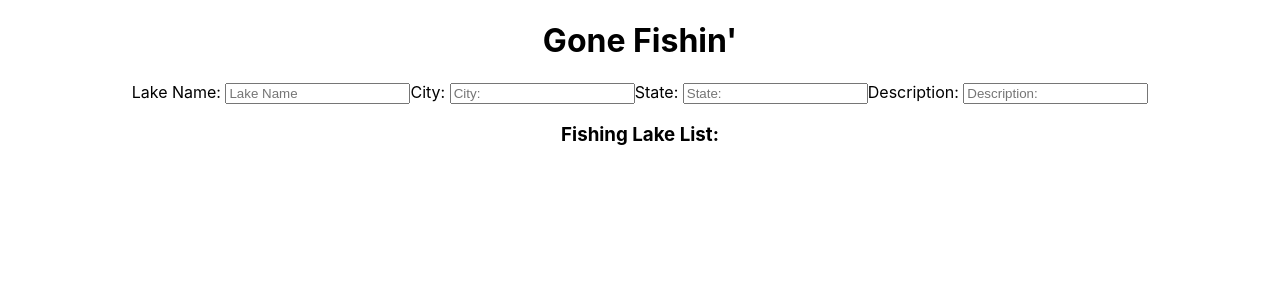
Repository: randysteele/gonefishin-frontend
Page: / (app in gone-fishin-frontend/)
These files come from the project's save history. The page is drawn as it stood at one moment and after the next save; the edit follows.
The browser window is 1280 px wide. The pictures show the whole page.
The page's requests for data from a server got no answer. The project was rebuilt for these pictures with package versions that can differ from the ones it lists, and the page was loaded fresh each time. No one was signed in, and anything a server would have sent is missing.

Above is the page before, as saved 2020-08-03 14:43:40.

### gone-fishin-frontend/public/index.html
<!DOCTYPE html>
<html lang="en">
  <head>
    <meta charset="utf-8" />
    <link rel="icon" href="%PUBLIC_URL%/favicon.ico" />
    <meta name="viewport" content="width=device-width, initial-scale=1" />
    <meta name="theme-color" content="#000000" />
    <meta
      name="description"
      content="Web site created using create-react-app"
    />
    <link rel="apple-touch-icon" href="%PUBLIC_URL%/logo192.png" />
    <!--
      manifest.json provides metadata used when your web app is installed on a
      user's mobile device or desktop. See https://developers.google.com/web/fundamentals/web-app-manifest/
    -->
    <link rel="manifest" href="%PUBLIC_URL%/manifest.json" />
    <!--
      Notice the use of %PUBLIC_URL% in the tags above.
      It will be replaced with the URL of the `public` folder during the build.
      Only files inside the `public` folder can be referenced from the HTML.

      Unlike "/favicon.ico" or "favicon.ico", "%PUBLIC_URL%/favicon.ico" will
      work correctly both with client-side routing and a non-root public URL.
      Learn how to configure a non-root public URL by running `npm run build`.
    -->
    <title>Gone Fishin</title>
  </head>
  <body>
    <noscript>You need to enable JavaScript to run this app.</noscript>
    <div id="root"></div>
    <!--
      This HTML file is a template.
      If you open it directly in the browser, you will see an empty page.

      You can add webfonts, meta tags, or analytics to this file.
      The build step will place the bundled scripts into the <body> tag.

      To begin the development, run `npm start` or `yarn start`.
      To create a production bundle, use `npm run build` or `yarn build`.
    -->
  </body>
</html>

### gone-fishin-frontend/src/index.js
import React from 'react';
import ReactDOM from 'react-dom';
import './index.css';
import App from './App';
import * as serviceWorker from './serviceWorker';
import { Provider } from 'react-redux';
import destination from './reducers/destinations'
import thunk from 'redux-thunk'
import { createStore, applyMiddleware, compose} from 'redux'


const composeEnhancer = window.__REDUX_DEVTOOLS_EXTENSION_COMPOSE__ || compose;

const store = createStore(destination, composeEnhancer(applyMiddleware(thunk)))

ReactDOM.render(
<Provider store={store}>
<App />
</Provider>,
document.getElementById('root')
);

// If you want your app to work offline and load faster, you can change
// unregister() to register() below. Note this comes with some pitfalls.
// Learn more about service workers: https://bit.ly/CRA-PWA
serviceWorker.unregister();

### gone-fishin-frontend/src/App.js
import React from 'react';
import './App.css';
// import {connect} from 'react-redux'
import DestinationsContainer from './containers/DestinationsContainer'
// import DestinationsInput from './components/DestinationsInput';
// import DestinationsList from './components/DestinationsList';
//import {fetchDestinations} from './actions/fetchDestinations'



class App extends React.Component {


  render(){
    return(
      <div className="App" >
        <h1>Gone Fishin'</h1>
      <DestinationsContainer />



      </div>
    )
  }
}

export default (App)

### gone-fishin-frontend/src/reducers/destinations.js

export default function destinations(state = {destinations: []}, action) {

    switch(action.type){
    case 'FETCH_DESTINATIONS':
    return {destinations: action.payload}

    default:
    return state
    }
}

### gone-fishin-frontend/src/containers/DestinationsContainer.js
// a container should render other components and pass them data if needed
// they are typically class components
import React from 'react'
import {connect} from 'react-redux'
import {fetchDestinations} from '../actions/fetchDestinations'
import DestinationsList from  '../components/DestinationsList'
import DestinationsInput from '../components/DestinationsInput'



class DestinationsContainer extends React.Component {


    componentDidMount(){
      this.props.fetchDestinations()
    }

    render(){
      return (
        <div>
            <DestinationsInput />
            <DestinationsList destinations={this.props.destinations}/>
        </div>
      )
     }
    }
const mapStateToProps = state => {
    return {
        destinations: state.destinations
    }
}
export default connect(mapStateToProps, {fetchDestinations})(DestinationsContainer);

### gone-fishin-frontend/src/actions/fetchDestinations.js


export function fetchDestinations() {
  return (dispatch) => {
   fetch("http://localhost:3000/api/v1/destinations/")
    .then(response => response.json())
    .then(destinations => dispatch({
      type: 'FETCH_DESTINATIONS',
       payload: destinations
    }))
  }
}

### gone-fishin-frontend/src/components/DestinationsList.js
import React from 'react'
// import DestinationsContainer from '../containers/DestinationsList'



const DestinationsList = (props) => {

    return (
        <div>
       <h3>Fishing Lake List: </h3>{props.destinations.map(dest => <h5><li  key={dest.id}> Lake Name:{dest.name} <br></br> City: {dest.city} <br></br> State: {dest.state} <br></br> Description: {dest.description}</li></h5>)}
        </div>
    )
}

export default DestinationsList

### gone-fishin-frontend/src/components/DestinationsInput.js
import React from 'react'
import {connect} from 'react-redux'


class DestinationsInput extends React.Component {

    state = {
        name: '',
        city: '',
        state: '',
        description: ''
}

    handleChange = (event) => {
        this.setState({
           [event.target.name]: event.target.value
        })
    }


    render() {
        return (
            <div>
                <form >
                <label>Lake Name: </label>
                <input type="text" placeholder="Lake Name" value={this.state.name} name="name" onChange={this.handleChange}></input>
                <label>City: </label>
                <input type="text" placeholder="City: "value={this.state.city} name="city" onChange={this.handleChange}></input>
                <label>State: </label>
                <input type="text" placeholder="State: "value={this.state.state} name="state" onChange={this.handleChange}></input>
                <label>Description: </label>
                <input type="text" placeholder="Description: "value={this.state.description} name="description" onChange={this.handleChange}>
                </input>
                </form>
            </div>


// t.string "name"
// t.string "city"
// t.string "state"
// t.string "description"

        )
    }
}

export default connect()(DestinationsInput)

Loaded but not shown: gone-fishin-frontend/src/index.css (common file); gone-fishin-frontend/src/serviceWorker.js (common file); gone-fishin-frontend/src/App.css (common file)

After the next save:
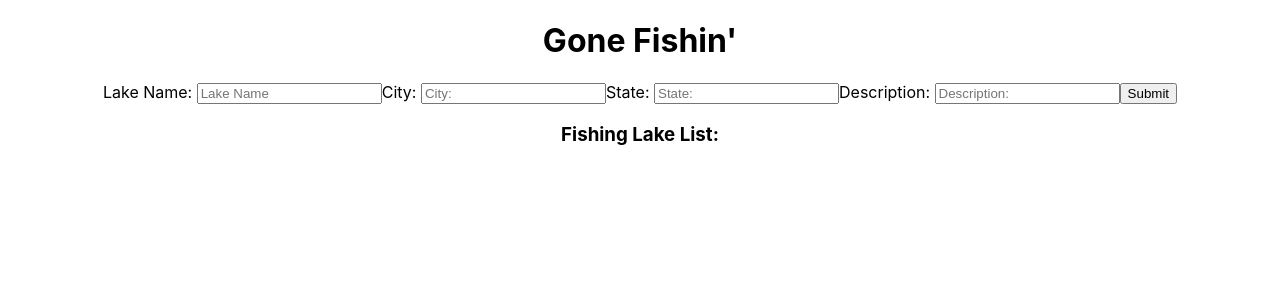
Saved 5 min 58 s later.
--- a/gone-fishin-frontend/src/components/DestinationsInput.js
+++ b/gone-fishin-frontend/src/components/DestinationsInput.js
@@ -31,14 +31,11 @@ class DestinationsInput extends React.Component {
                 <label>Description: </label>
                 <input type="text" placeholder="Description: "value={this.state.description} name="description" onChange={this.handleChange}>
                 </input>
+                <input type="submit"></input>
                 </form>
             </div>
 
 
-// t.string "name"
-// t.string "city"
-// t.string "state"
-// t.string "description"
 
         )
     }
